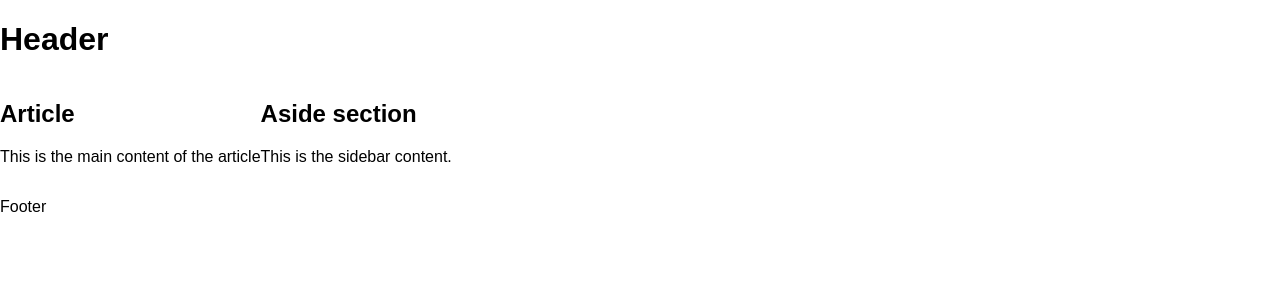
Repository: RishabhModi2899/Repo_Marlabs
Page: index.html
These files come from the project's save history. The page is drawn as it stood at one moment and after the next save; the edit follows.
The browser window is 1280 px wide. The pictures show the whole page.

Above is the page before, as saved 2024-07-31 11:30:37.

After the next save:
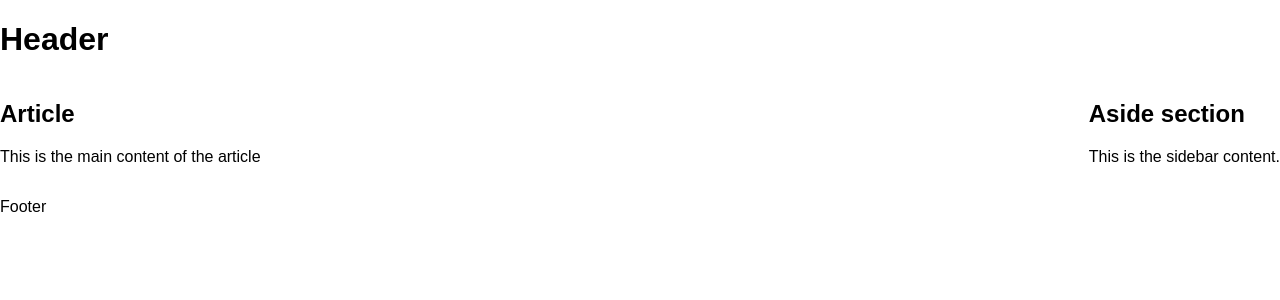
Saved 7 s later.
--- a/styles.css
+++ b/styles.css
@@ -8,5 +8,5 @@ body {
 .container {
     display: flex;
     flex-wrap: wrap;
-    justify-content: ;
+    justify-content: space-between;
 }
